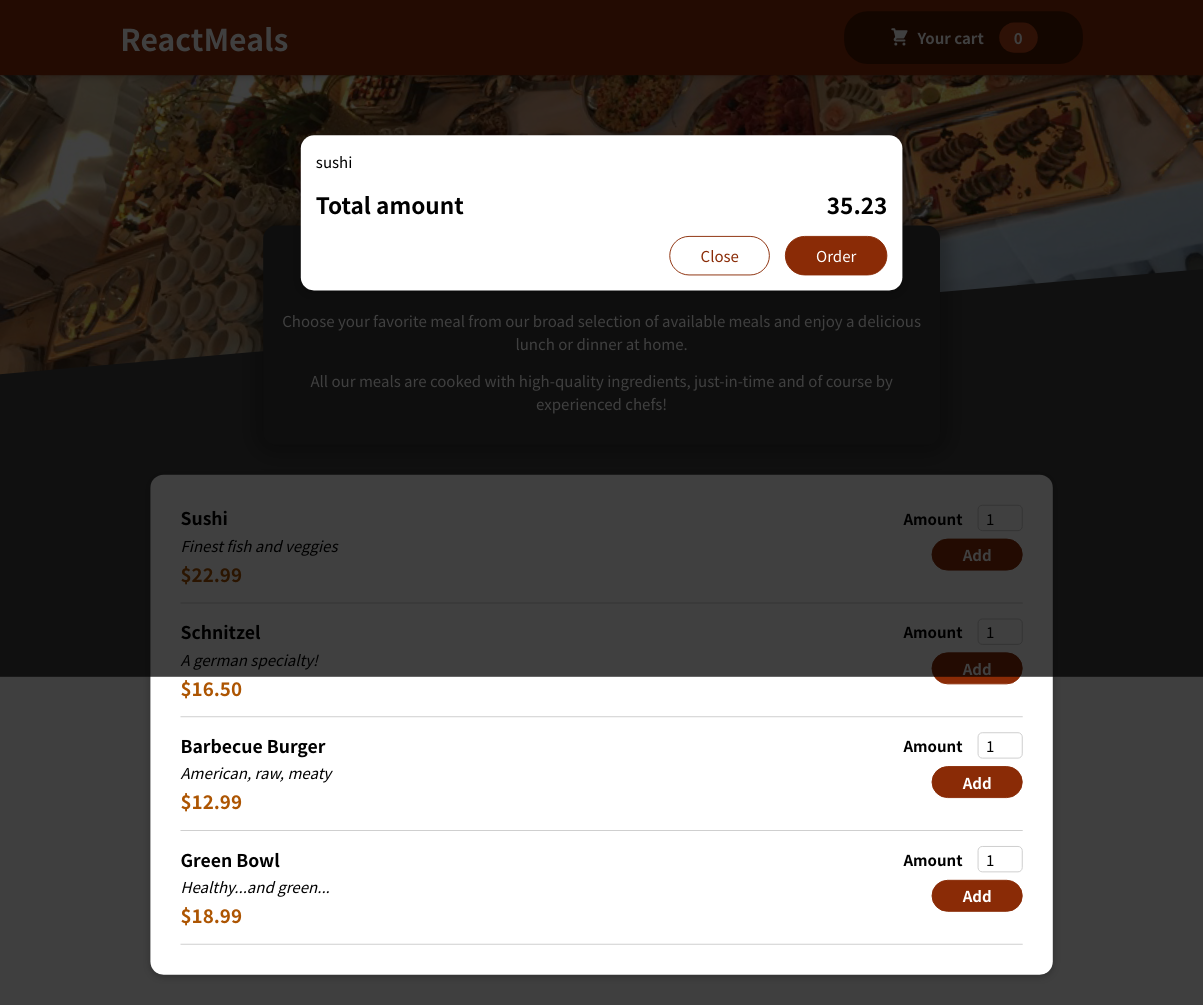
Repository: TonyHoukun-2022/React-foodApp-demo
Page: / (app in Desktop/REACT/React_FoodOrderApp/), after clicking the first element matching `button.HeaderCartButton_56f31_button`
An editor plug-in stored every save of this project. The page is shown before and after the next save, followed by the edit.
The browser window is 1280 px wide. The pictures show the whole page, at 94% of full size.
The project was rebuilt for these pictures with package versions that can differ from the ones it lists, and the page was loaded fresh each time.

Above is the page before, as saved 2021-12-06 21:53:57.

### Desktop/REACT/React_FoodOrderApp/public/index.html
<!DOCTYPE html>
<html lang="en">
  <head>
    <meta charset="utf-8" />
    <link rel="icon" href="%PUBLIC_URL%/favicon.ico" />
    <meta name="viewport" content="width=device-width, initial-scale=1" />
    <meta name="theme-color" content="#000000" />
    <meta
      name="description"
      content="Web site created using create-react-app"
    />
    <link rel="apple-touch-icon" href="%PUBLIC_URL%/logo192.png" />
    <!--
      manifest.json provides metadata used when your web app is installed on a
      user's mobile device or desktop. See https://developers.google.com/web/fundamentals/web-app-manifest/
    -->
    <link rel="manifest" href="%PUBLIC_URL%/manifest.json" />
    <!--
      Notice the use of %PUBLIC_URL% in the tags above.
      It will be replaced with the URL of the `public` folder during the build.
      Only files inside the `public` folder can be referenced from the HTML.

      Unlike "/favicon.ico" or "favicon.ico", "%PUBLIC_URL%/favicon.ico" will
      work correctly both with client-side routing and a non-root public URL.
      Learn how to configure a non-root public URL by running `npm run build`.
    -->
    <title>React App</title>
  </head>
  <body>
    <noscript>You need to enable JavaScript to run this app.</noscript>
    <!-- portal -->
    <div id="overlays"></div>
    <div id="root"></div>
    <!--
      This HTML file is a template.
      If you open it directly in the browser, you will see an empty page.

      You can add webfonts, meta tags, or analytics to this file.
      The build step will place the bundled scripts into the <body> tag.

      To begin the development, run `npm start` or `yarn start`.
      To create a production bundle, use `npm run build` or `yarn build`.
    -->
  </body>
</html>

### Desktop/REACT/React_FoodOrderApp/src/App.js
import React,{useState} from "react"
import Header from "./components/Layout/Header"
import Meals from "./components/Meals/Meals"
import ShoppingCart from "./components/Cart/ShoppingCart"
import CartProvider from "./StoreContext/CartProvider"
function App() {
  const [cartIsShown, setCartIsShown] = useState(false)
  const showCartHandler = () => {
    setCartIsShown(true)
  }
  const hideCartHandler = () => {
    setCartIsShown(false)
  }
  return (
    <CartProvider>
      {cartIsShown && <ShoppingCart onClose={hideCartHandler}></ShoppingCart> }
      <Header onShowCart={showCartHandler}></Header>
      <main>
        <Meals></Meals>
      </main>
    </CartProvider>
  )
}

export default App

### Desktop/REACT/React_FoodOrderApp/src/components/Layout/Header.js
import React from "react"
import headerImg from "../../assets/header.jpeg"
import styles from "./Header.module.css"
import HeaderCartButton from "./HeaderCartButton"
const Header = (props) => {
  return (
    <>
          <header className={styles.header}>
              <h1>ReactMeals</h1>
              <HeaderCartButton onClick={props.onShowCart}></HeaderCartButton>
          </header>
          <div className={styles['main-image']}>
              <img src={headerImg} alt="header-image" />
          </div>
    </>
  )
}
export default Header

### Desktop/REACT/React_FoodOrderApp/src/components/Meals/Meals.js
import React from "react";
import MealsSummary from "./MealsSummary";
import AvailableMeals from "./AvailableMeals";
const Meals = () => {
    return (
        <>
            <MealsSummary></MealsSummary>
            <AvailableMeals></AvailableMeals>
        </>
    )
}
export default Meals

### Desktop/REACT/React_FoodOrderApp/src/components/Cart/ShoppingCart.js
import { useContext } from "react"
import style from "./ShoppingCart.module.css"
import Modal from "../UI/Modal"
import CartContext from "../../StoreContext/cart-context"
const ShoppingCart = (props) => {
  const cartCtx = useContext(CartContext)
  const cartItems = (
    <ul className={style["cart-items"]}>
      {[{ id: "m1", name: "sushi", amount: 4, price: 15 }].map((item) => (
        <li>{item.name}</li>
      ))}
    </ul>
  )

  return (
    <Modal onClose={props.onClose}>
      {cartItems}
      <div className={style.total}>
        <span>Total amount</span>
        <span>35.23</span>
      </div>
      <div className={style.actions}>
        <button onClick={props.onClose} className={style["button--alt"]}>
          Close
        </button>
        <button className={style.button}>Order</button>
      </div>
    </Modal>
  )
}
export default ShoppingCart

### Desktop/REACT/React_FoodOrderApp/src/StoreContext/CartProvider.js
// this component is simply to manage the current context of cart data and provide that context to all components that want access to it.
import CartContext from "./cart-context"
import { useReducer } from "react"

//reducer function can put outside of component because no interval values of the CartProvider component is needed in reducer.
//receive a state object and an action automatically by React.

// The action is dispatched by dispatchCartAction inside the Component
// state is simply the last state snapshotof the state managed by the reducer func.
// And then as part of the reducer function,
// you have to return a new state snapshot.
//at the begining, the state in cartReducer func is the defaultCartState

//initial value of the useReducer func
const defaultCartState = {
  items: [],
  totalAmount: 0,
}
const cartReducer = (state, action) => {
  if (action.type === "ADD") {
    //     concat here adds adds a new item to an array
    // but unlike push, it doesn't edit the existing array
    // but return a new array.
    //add the new item
    const updatedItems = state.items.concat(action.item)
    const updatedTotalAmount = state.totalAmount + action.item.price * action.item.amount
    return {
      items: updatedItems,
      totalAmount: updatedTotalAmount,
    }
  }
  // if action.type != add, return defaultCartState
  return defaultCartState
}
const CartProvider = (props) => {
  //初始化cartstate作为初始值
  const [cartState, dispatchCartAction] = useReducer(cartReducer, defaultCartState)
  //called by MealItem.js
  const addItemToCartHandler = (item) => {
    dispatchCartAction({ type: "ADD", item: item })
  }
  const removeItemFromCartHandler = (id) => {
    dispatchCartAction({ type: "REMOVE", id: id })
  }
  const cartContext = {
    items: cartState.items,
    totalAmount: cartState.totalAmount,
    //called in MealItem.js
    addItem: addItemToCartHandler,
    removeItem: removeItemFromCartHandler,
  }
  return <CartContext.Provider value={cartContext}>{props.children}</CartContext.Provider>
}
export default CartProvider

### Desktop/REACT/React_FoodOrderApp/src/components/Layout/HeaderCartButton.js
import CartIcon from "../Cart/CartIcon"
import { useContext } from "react"
import styles from "./HeaderCartButton.module.css"
import CartContext from "../../StoreContext/cart-context"
const HeaderCartButton = (props) => {
  const cartctx = useContext(CartContext)
  // reduce is a built-in js method allows us to transform an array of data into a single value.
  const numOfCartItems = cartctx.items.reduce((currentNumber, item) => {
    return currentNumber + item.amount
  }, 0)
  return (
    <button className={styles.button} onClick={props.onClick}>
      <span className={styles.icon}>
        <CartIcon></CartIcon>
      </span>
      <span>Your cart</span>
      <span className={styles.badge}>{numOfCartItems}</span>
    </button>
  )
}
export default HeaderCartButton

### Desktop/REACT/React_FoodOrderApp/src/components/Meals/AvailableMeals.js
import styles from "./AvailableMeals.module.css"
import Card from "../UI/Card"
import MealItem from "./MealItem/MealItem"
const DUMMY_MEALS = [
  {
    id: "m1",
    name: "Sushi",
    description: "Finest fish and veggies",
    price: 22.99,
  },
  {
    id: "m2",
    name: "Schnitzel",
    description: "A german specialty!",
    price: 16.5,
  },
  {
    id: "m3",
    name: "Barbecue Burger",
    description: "American, raw, meaty",
    price: 12.99,
  },
  {
    id: "m4",
    name: "Green Bowl",
    description: "Healthy...and green...",
    price: 18.99,
  },
]
const AvailableMeals = () => {
    const mealsList = DUMMY_MEALS.map(meal => (
        <MealItem id={ meal.id} key={ meal.id} price={meal.price} name={meal.name} description={meal.description}></MealItem>
    ))
    return (
        <section className={styles.meals}>
            <Card>
                <ul>
                    {mealsList}
                </ul>
            </Card>
        </section>
    )
}
export default AvailableMeals

### Desktop/REACT/React_FoodOrderApp/src/components/Cart/ShoppingCart.module.css
.cart-items {
  list-style: none;
  margin: 0;
  padding: 0;
  max-height: 20rem;
  overflow: auto;
}

.total {
  display: flex;
  justify-content: space-between;
  align-items: center;
  font-weight: bold;
  font-size: 1.5rem;
  margin: 1rem 0;
}

.actions {
  text-align: right;
}

.actions button {
  font: inherit;
  cursor: pointer;
  background-color: transparent;
  border: 1px solid #8a2b06;
  padding: 0.5rem 2rem;
  border-radius: 25px;
  margin-left: 1rem;
}

.actions button:hover,
.actions button:active {
  background-color: #5a1a01;
  border-color: #5a1a01;
  color: white;
}

.actions .button--alt {
  color: #8a2b06;
}

.actions .button {
  background-color: #8a2b06;
  color: white;
}

### Desktop/REACT/React_FoodOrderApp/src/components/UI/Modal.js
import style from "./Modal.module.css"
import ReactDOM from "react-dom"
const Backdrop = (props) => {
  return <div onClick={props.onClose} className={style.backdrop}></div>
}
const ModalOverlay = (props) => {
  return (
    <div className={style.modal}>
      <div className={style.content}>{props.children}</div>
    </div>
  )
}
const portalElements = document.getElementById("overlays")
const Modal = (props) => {
  return (
    <>
      {/* use Portal to move the Backdrop and Modaloverlay to root div #overlays in index.html */}
      {ReactDOM.createPortal(<Backdrop onClose={props.onClose} />, portalElements)}
      {ReactDOM.createPortal(<ModalOverlay>{props.children}</ModalOverlay>, portalElements)}
    </>
  )
}
export default Modal

### Desktop/REACT/React_FoodOrderApp/src/StoreContext/cart-context.js
import { createContext } from "react"
const CartContext = createContext({
  items: [],
  totalAmount: 0,
  addItem: (item) => {},
  removeItem: (id) => {},
})
export default CartContext

// import { createContext } from "react"
// const Context = createContext("Default Value")

### Desktop/REACT/React_FoodOrderApp/src/components/Cart/CartIcon.js
const CartIcon = () => {
  return (
    <svg xmlns="http://www.w3.org/2000/svg" viewBox="0 0 20 20" fill="currentColor">
      <path d="M3 1a1 1 0 000 2h1.22l.305 1.222a.997.997 0 00.01.042l1.358 5.43-.893.892C3.74 11.846 4.632 14 6.414 14H15a1 1 0 000-2H6.414l1-1H14a1 1 0 00.894-.553l3-6A1 1 0 0017 3H6.28l-.31-1.243A1 1 0 005 1H3zM16 16.5a1.5 1.5 0 11-3 0 1.5 1.5 0 013 0zM6.5 18a1.5 1.5 0 100-3 1.5 1.5 0 000 3z" />
    </svg>
  )
}

export default CartIcon

### Desktop/REACT/React_FoodOrderApp/src/components/Layout/HeaderCartButton.module.css
.button {
  cursor: pointer;
  font: inherit;
  border: none;
  background-color: #4d1601;
  color: white;
  padding: 0.75rem 3rem;
  display: flex;
  justify-content: space-around;
  align-items: center;
  border-radius: 25px;
  font-weight: bold;
}

.button:hover,
.button:active {
  background-color: #2c0d00;
}

.icon {
  width: 1.35rem;
  height: 1.35rem;
  margin-right: 0.5rem;
}

.badge {
  background-color: #b94517;
  padding: 0.25rem 1rem;
  border-radius: 25px;
  margin-left: 1rem;
  font-weight: bold;
}

.button:hover .badge,
.button:active .badge {
  background-color: #92320c;
}

.bump {
  animation: bump 300ms ease-out;
}

@keyframes bump {
  0% {
    transform: scale(1);
  }
  10% {
    transform: scale(0.9);
  }
  30% {
    transform: scale(1.1);
  }
  50% {
    transform: scale(1.15);
  }
  100% {
    transform: scale(1);
  }
}

### Desktop/REACT/React_FoodOrderApp/src/components/UI/Card.js
import styles from "./Card.module.css"
const Card = (props) => {
    return (
        <div className={styles.card}>{ props.children}</div>
    )
}
export default Card

### Desktop/REACT/React_FoodOrderApp/src/components/Meals/MealItem/MealItem.js
import { useContext } from "react"
import MealItemForm from "./MealItemForm"
import styles from "./MealItem.module.css"
import CartContext from "../../../StoreContext/cart-context"

// props from AvailableMeals
const MealItem = (props) => {
  const cartCtx = useContext(CartContext)
  //price is set to be like $xx.xx
  //props.price comes from AvailableMeals.js
  const price = `$${props.price.toFixed(2)}`
  // amount prop comes from the MealItemForm, enteredAmountNum
  const addItemToCartHandler = (amount) => {
    //   call addItem method  defined in CartProvider, pass an item
    cartCtx.addItem({
      id: props.id,
      name: props.name,
      amount: amount,
      price: props.price,
    })
  }
  return (
    <li className={styles.meal}>
      <div>
        <h3>{props.name}</h3>
        <div className={styles.description}>{props.description}</div>
        <div className={styles.price}>{price}</div>
      </div>
      <div>
        <MealItemForm onAddToCart={addItemToCartHandler}></MealItemForm>
      </div>
    </li>
  )
}
export default MealItem

### Desktop/REACT/React_FoodOrderApp/src/components/Meals/MealItem/MealItemForm.js
import { useRef, useState } from "react"
import Input from "../../UI/Input"
import styles from "./MealItemForm.module.css"
const MealItemForm = (props) => {
  const amountInputRef = useRef()
  const [amountIsValid, setAmountIsValid] = useState(true)
  const submitHandler = (event) => {
    //prevent default submit action (reloading page)
    event.preventDefault()
    //amountInputRef.current 指向 Input component 里面的 <input>, <input> is stored in the amountInputRef returned by useRef().
    const enteredAmount = amountInputRef.current.value
    //<input> has a value property holds the currently entered value, and that value is always a string, so we need to convert it to a number.
    const enteredAmountNum = +enteredAmount
    if (enteredAmount.trim().length === 0 || enteredAmountNum < 1 || enteredAmountNum > 5) {
      setAmountIsValid(false)
      //stop the submitHandler func
      return
    }
    //forward value enteredAmountNum to parent MealItem.js.
    props.onAddToCart(enteredAmountNum)
  }
  return (
    <form className={styles.form} onSubmit={submitHandler}>
      <Input
        //cannot directly use ref in custom component
        //   All we have to do is go to the Component where we wanna receive refs. In this case, thats the Input Component, and then make sure you import React in there from react and wrap your Component function with React.forwardRef.

        //React 会将ref 作为第二个参数传递给React.forwardRef函数渲染的Input.js
        ref={amountInputRef}
        label="Amount"
        input={{
          //all built-in attributes for <input> tag in Input.js
          id: `'amount_${props.id}`,
          type: "number",
          min: "1",
          max: "5",
          step: "1",
          defaultValue: "1",
        }}
      ></Input>
      <button>Add</button>
      {!amountIsValid && <p>Please enter a valid amount of item</p>}
    </form>
  )
}
export default MealItemForm

### Desktop/REACT/React_FoodOrderApp/src/components/UI/Input.js
import React from "react"
import styles from "./Input.module.css"

// the ref prop is the ref attribute of Input component in MealItemForm
//forwardRef 会将MealItemFrom 里的 Input 的ref传入，然后用在这里的<input>上。 这样，mealitemform里面的ref.current就指向这里的<input>
const Input = React.forwardRef((props, ref) => {
  return (
    <div className={styles.input}>
      <label htmlFor={props.input.id}>{props.label}</label>
      {/* ...props.input ensures that all the key value pairs in this input object,which we receive on props input are added as property:value to input tag here. */}
      <input ref={ref} {...props.input} />
    </div>
  )
})
export default Input

Loaded but not shown: Desktop/REACT/React_FoodOrderApp/src/index.js (common file); Desktop/REACT/React_FoodOrderApp/src/index.css (common file); Desktop/REACT/React_FoodOrderApp/src/components/Layout/Header.module.css (common file); Desktop/REACT/React_FoodOrderApp/src/components/Meals/MealsSummary.js (common file); Desktop/REACT/React_FoodOrderApp/src/components/Meals/MealsSummary.module.css (common file); Desktop/REACT/React_FoodOrderApp/src/components/Meals/AvailableMeals.module.css (common file); Desktop/REACT/React_FoodOrderApp/src/components/UI/Modal.module.css (common file); Desktop/REACT/React_FoodOrderApp/src/components/UI/Card.module.css (common file); Desktop/REACT/React_FoodOrderApp/src/components/Meals/MealItem/MealItem.module.css (common file); Desktop/REACT/React_FoodOrderApp/src/components/Meals/MealItem/MealItemForm.module.css (common file); Desktop/REACT/React_FoodOrderApp/src/components/UI/Input.module.css (common file)

After the next save:
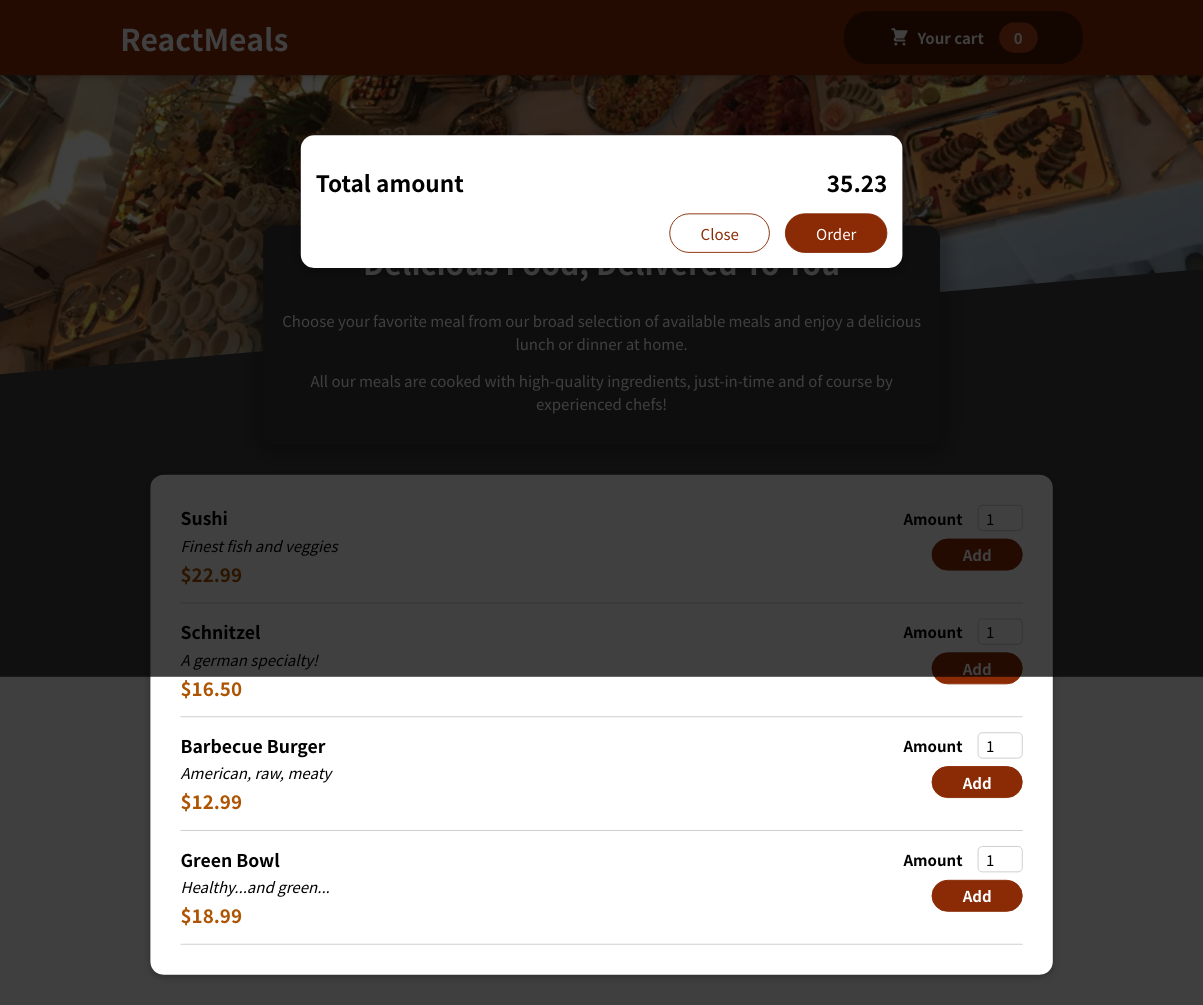
Saved 41 s later.
--- a/Desktop/REACT/React_FoodOrderApp/src/components/Cart/ShoppingCart.js
+++ b/Desktop/REACT/React_FoodOrderApp/src/components/Cart/ShoppingCart.js
@@ -6,7 +6,7 @@ const ShoppingCart = (props) => {
   const cartCtx = useContext(CartContext)
   const cartItems = (
     <ul className={style["cart-items"]}>
-      {[{ id: "m1", name: "sushi", amount: 4, price: 15 }].map((item) => (
+      {cartCtx.items.map((item) => (
         <li>{item.name}</li>
       ))}
     </ul>
